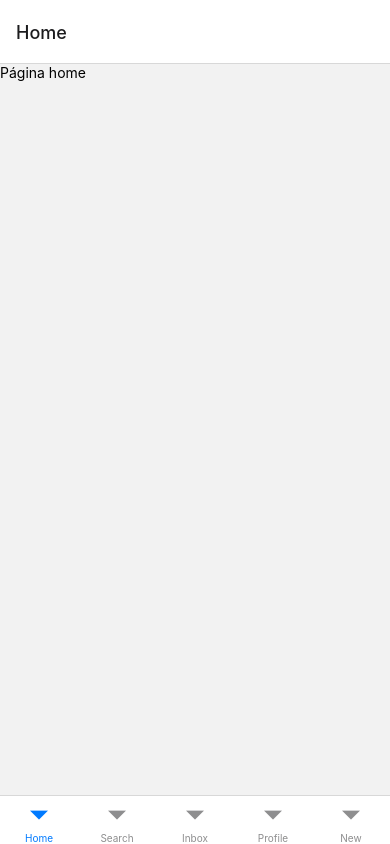
Repository: Deyvid-Kasteh/Tiktok-clone-v1
Screen: /
The author's editor kept a copy of each file at every save. The screen is drawn from the files as they stood at one save, then again after the next save.
The app was drawn by React Native's web renderer in a window 390 px wide. The project was rebuilt for these pictures with package versions that can differ from the ones it lists, and the page was loaded fresh each time. Also part of the build but not shown: src/pages/search/index.js, src/pages/inbox/index.js, src/pages/profile/index.js, src/pages/new/index.js.

Above is the screen before, as saved 2023-07-12 01:34:51.

### App.js
import { NavigationContainer } from '@react-navigation/native'
import { Routes } from './src/routes';
export default function App() {
  return (
    <NavigationContainer>
      <Routes/>
    </NavigationContainer>

  );
}

### src/routes/index.js
import { createBottomTabNavigator } from '@react-navigation/bottom-tabs'

import { Home } from '../pages/home'
import { Search } from '../pages/search'
import { Inbox } from '../pages/inbox'
import { Profile } from '../pages/profile'
import { New } from '../pages/new'


const Tab = createBottomTabNavigator();

export function Routes() {
    return (
        <Tab.Navigator screenOptions={{
          headerShown: true,
      }}>
        <Tab.Screen name="Home" component={Home} />
        <Tab.Screen name="Search" component={Search} />
        <Tab.Screen name="Inbox" component={Inbox} />
        <Tab.Screen name="Profile" component={Profile} />
        <Tab.Screen name="New" component={New} />
      </Tab.Navigator>
    );
}

### src/pages/home/index.js
import { View, StyleSheet, Text } from 'react-native'

export function Home() {
    return (
        <View styles={styles.container}>
            <Text>Página home</Text>
        </View>
    )
}

const styles = StyleSheet.create({
    container: {
        flex: 1,
    }
})

After the next save:
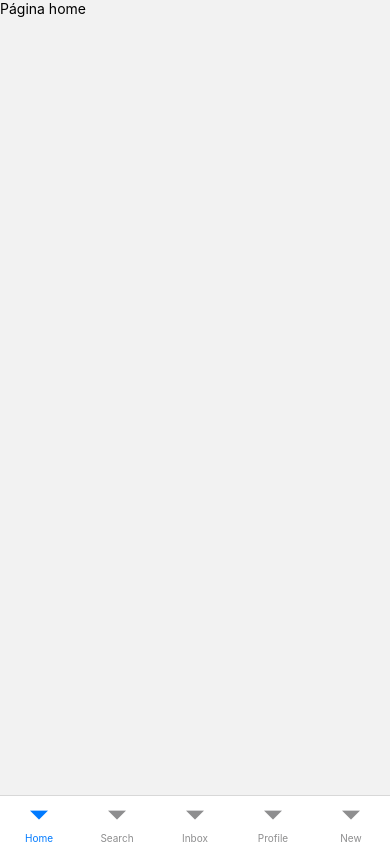
Saved 4 s later.
--- a/src/routes/index.js
+++ b/src/routes/index.js
@@ -12,7 +12,7 @@
 export function Routes() {
     return (
         <Tab.Navigator screenOptions={{
-          headerShown: true,
+          headerShown: false,
       }}>
         <Tab.Screen name="Home" component={Home} />
         <Tab.Screen name="Search" component={Search} />
